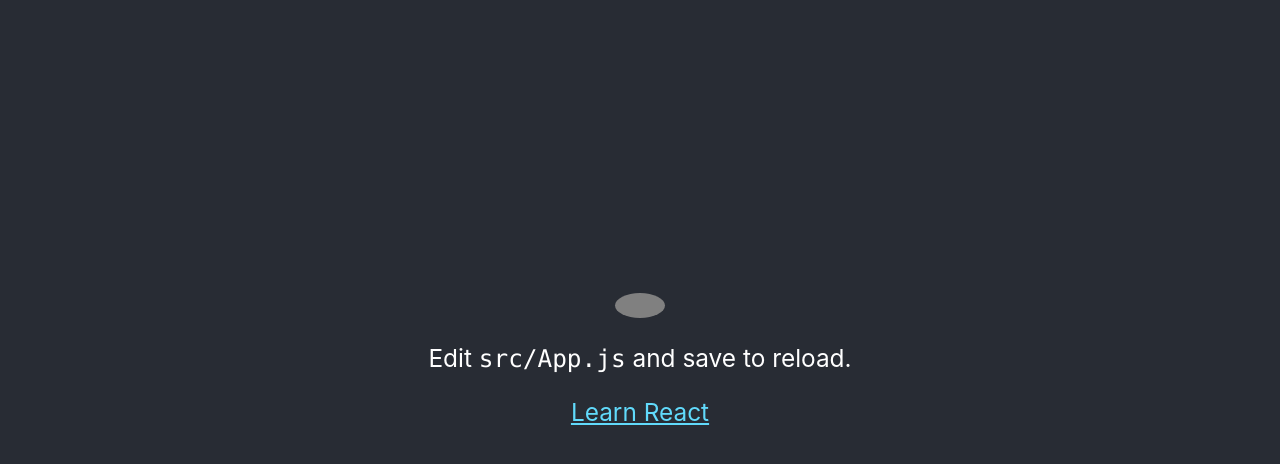
Repository: RahmanRakib9/TwentyOne
Page: /
An editor plug-in stored every save of this project. The page is shown before and after the next save, followed by the edit.
The browser window is 1280 px wide. The pictures show the whole page.
The project was rebuilt for these pictures with package versions that can differ from the ones it lists, and the page was loaded fresh each time.

Above is the page before, as saved 2022-10-07 23:26:36.

After the next save:
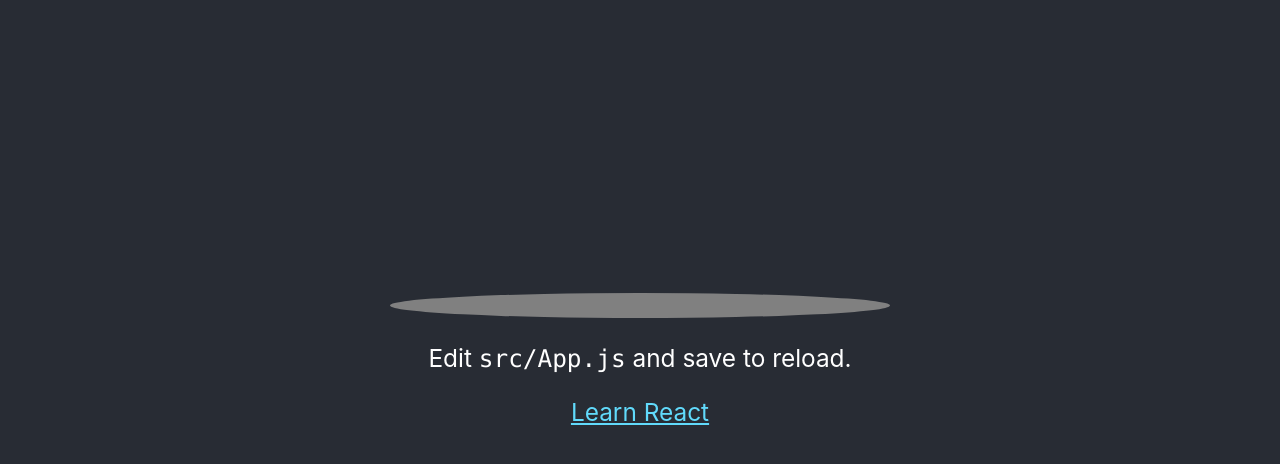
Saved 36 s later.
--- a/src/App.js
+++ b/src/App.js
@@ -6,7 +6,7 @@ function App() {
     <div className="App">
       <header className="App-header">
         {/* <img src={logo} className="App-logo" alt="logo" /> */}
-        <span style={{borderRadius:"50%",backgroundColor:"gray",height:"25px",width:"50px"}}></span>
+        <span style={{borderRadius:"50%",backgroundColor:"gray",height:"25px",width:"500px"}}></span>
         <p>
           Edit <code>src/App.js</code> and save to reload.
         </p>
